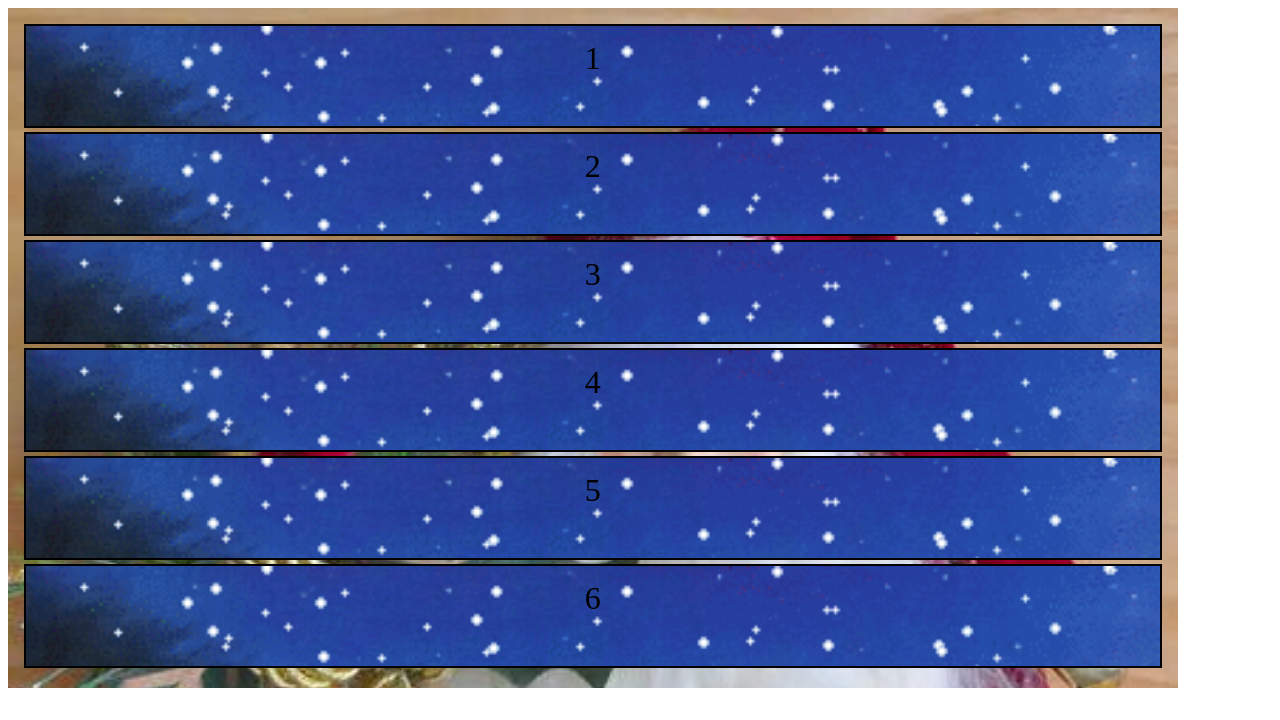
Repository: hindrik40/julprogram-js
Page: advent.html
An editor plug-in stored every save of this project. The page is shown before and after the next save, followed by the edit.
The browser window is 1280 px wide. The pictures show the whole page.

Above is the page before, as saved 2021-12-14 10:43:55.

After the next save:
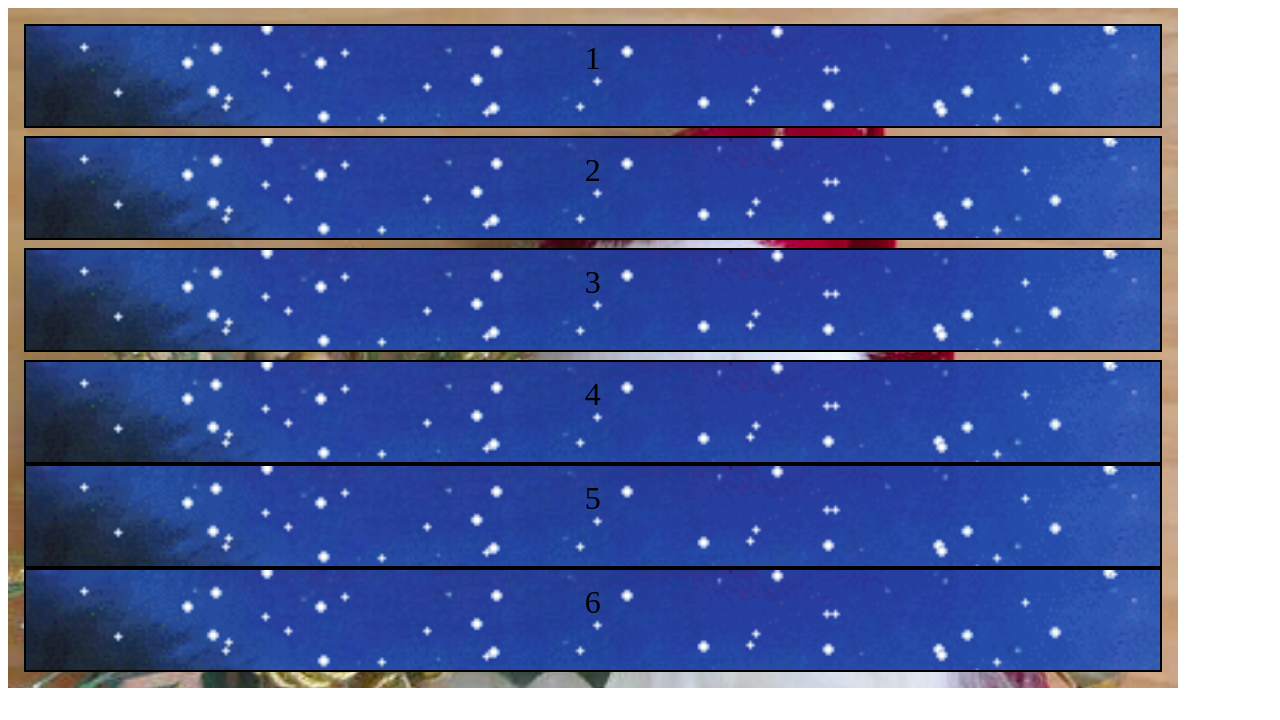
Saved 40 s later.
--- a/advent.css
+++ b/advent.css
@@ -7,7 +7,7 @@ main#adventCalender{
     /* grid-template-columns: repeat(1fr, 1fr, 1fr,1fr); */
     column-gap: 1rem;
     padding:1rem;
-    grid-template-rows: repeat(1fr, 1fr, 1fr,1fr);
+    grid-template-rows: repeat(3, 1fr);
 }
 main div{
    min-width: 50px;
